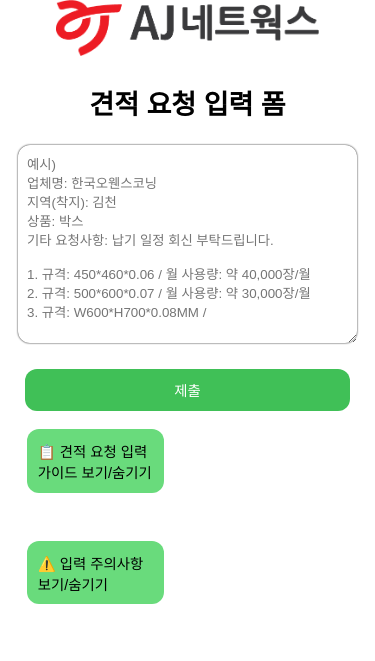
Repository: deul428/logis_test
Page: index.html
An editor plug-in stored every save of this project. The page is shown before and after the next save, followed by the edit.
The browser window is 375 px wide. The pictures show the whole page.
Some web fonts or font styles are not loaded; a fallback is used.

Above is the page before, as saved 2025-09-17 09:32:55.

After the next save:
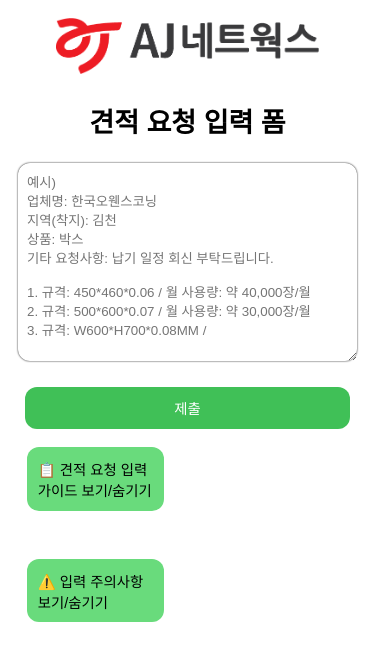
Saved 28 s later.
--- a/styles/common.css
+++ b/styles/common.css
@@ -134,7 +134,7 @@
     padding: 0;
     height: 100%;
     width: calc(100% - 2rem);
-    /* padding: 0.5rem; */
+    padding: 1rem;
     box-shadow: none;
   }
   .cntnt_box {
